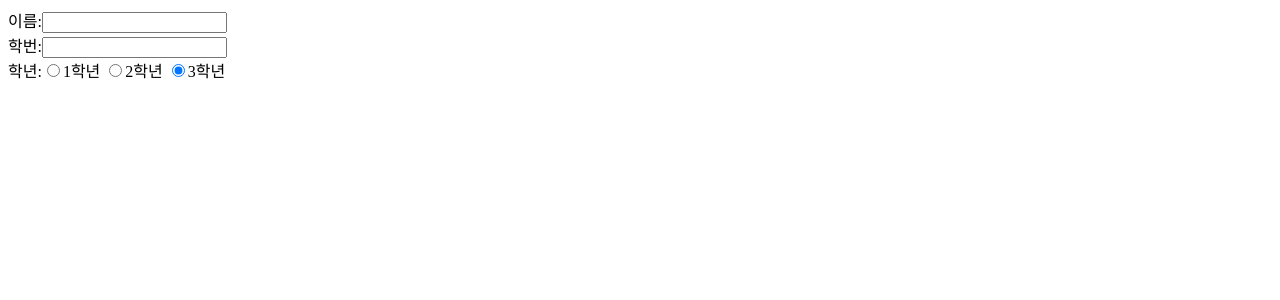
Repository: binkalos/JSP-STUDY
Page: http://localhost/chapter7/requestTestForm.jsp
The author's editor kept a copy of each file at every save. The page is drawn from the files as they stood at one save, then again after the next save.
The browser window is 1280 px wide. The pictures show the whole page.
The page is served by Tomcat 9.

Above is the page before, as saved 2019-06-14 01:47:41.

### chapter7/WebContent/requestTestForm.jsp
<%@ page language="java" contentType="text/html; charset=UTF-8"
    pageEncoding="UTF-8"%>
<!DOCTYPE html>
<html>
<head>
<meta charset="UTF-8">
<title>Insert title here</title>
</head>
<body>
	<form method="post" action="requestTestProc.jsp">
		이름:<input type="text" name="num"><br>
		학번:<input type="text" name="name"><br>
		학년:<input type="radio" name="gender" value="1">1학년
			<input type="radio" name="gender" value="2">2학년
			<input type="radio" name="gender" value="3" checked="checked">3학년<br>

	</form>
</body>
</html>

After the next save:
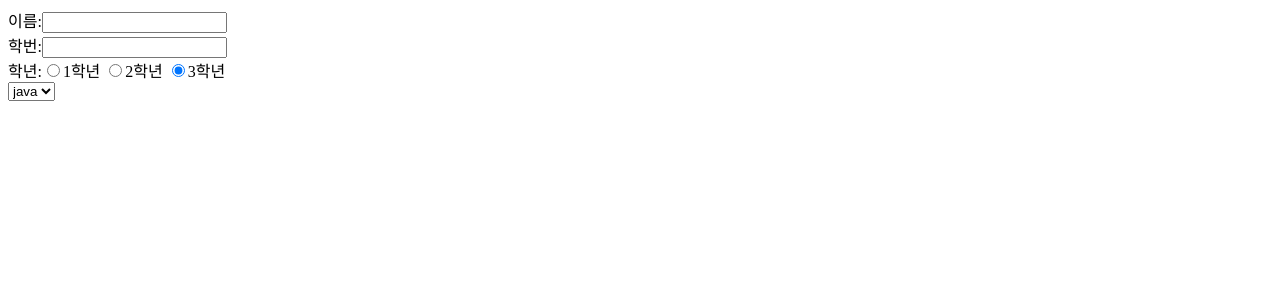
Saved 54 s later.
--- a/chapter7/WebContent/requestTestForm.jsp
+++ b/chapter7/WebContent/requestTestForm.jsp
@@ -12,7 +12,12 @@
 		학번:<input type="text" name="name"><br>
 		학년:<input type="radio" name="gender" value="1">1학년
 			<input type="radio" name="gender" value="2">2학년
-			<input type="radio" name="gender" value="3" checked="checked">3학년<br>
+			<input type="radio" name="gender" value="3" checked="checked">3학년
+		<br>
+
+		<select name="subject">
+			<option value="java">java</option>
+		</select>
 
 	</form>
 </body>
